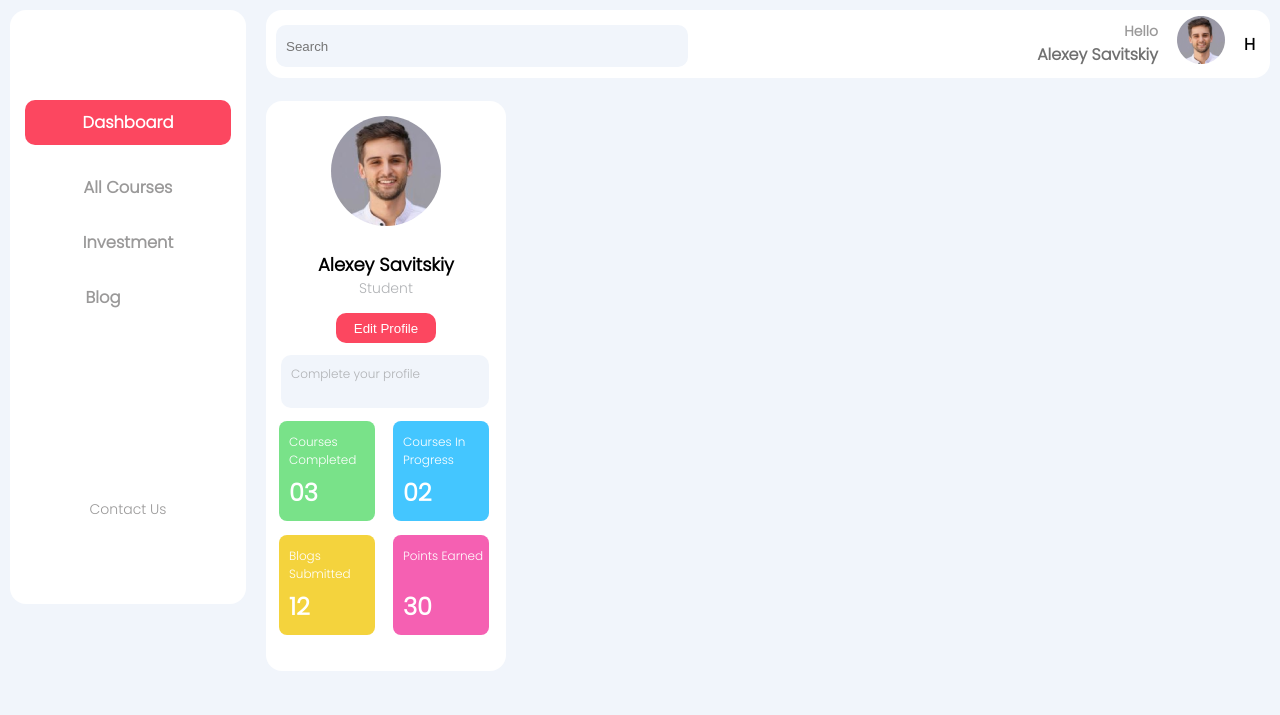
Repository: Anuruddha00/dashboard-design
Page: /
The author's editor kept a copy of each file at every save. The page is drawn from the files as they stood at one save, then again after the next save.
The browser window is 1280 px wide. The pictures show the whole page.
The project was rebuilt for these pictures with package versions that can differ from the ones it lists, and the page was loaded fresh each time.

Above is the page before, as saved 2021-05-07 14:44:47.

### public/index.html
<!DOCTYPE html>
<html lang="en">
  <head>
    <meta charset="utf-8" />
    <link rel="icon" href="%PUBLIC_URL%/favicon.ico" />
    <meta name="viewport" content="width=device-width, initial-scale=1" />
    <meta name="theme-color" content="#000000" />
    <meta
      name="description"
      content="Web site created using create-react-app"
    />
    <link rel="apple-touch-icon" href="%PUBLIC_URL%/logo192.png" />

    <link rel="preconnect" href="https://fonts.gstatic.com">
    <link href="https://fonts.googleapis.com/css2?family=Poppins:wght@300&display=swap" rel="stylesheet">

    <!--
      manifest.json provides metadata used when your web app is installed on a
      user's mobile device or desktop. See https://developers.google.com/web/fundamentals/web-app-manifest/
    -->
    <link rel="manifest" href="%PUBLIC_URL%/manifest.json" />
    <!--
      Notice the use of %PUBLIC_URL% in the tags above.
      It will be replaced with the URL of the `public` folder during the build.
      Only files inside the `public` folder can be referenced from the HTML.

      Unlike "/favicon.ico" or "favicon.ico", "%PUBLIC_URL%/favicon.ico" will
      work correctly both with client-side routing and a non-root public URL.
      Learn how to configure a non-root public URL by running `npm run build`.
    -->
    <title>React App</title>
  </head>
  <body>
    <noscript>You need to enable JavaScript to run this app.</noscript>
    <div id="root"></div>
    <!--
      This HTML file is a template.
      If you open it directly in the browser, you will see an empty page.

      You can add webfonts, meta tags, or analytics to this file.
      The build step will place the bundled scripts into the <body> tag.

      To begin the development, run `npm start` or `yarn start`.
      To create a production bundle, use `npm run build` or `yarn build`.
    -->
  </body>
</html>

### src/index.js
import React from 'react';
import ReactDOM from 'react-dom';
import Dashboard from './containers/Dashboard/Dashboard';
import reportWebVitals from './reportWebVitals';

ReactDOM.render(
  <React.StrictMode>
    <Dashboard />
  </React.StrictMode>,
  document.getElementById('root')
);

// If you want to start measuring performance in your app, pass a function
// to log results (for example: reportWebVitals(console.log))
// or send to an analytics endpoint. Learn more: https://bit.ly/CRA-vitals
reportWebVitals();

### src/containers/Dashboard/Dashboard.js
import React from 'react';
import './Dashboard.scss';

const dashboard = () =>{

    return(
        <div className='container'>
            <div className='dashboard'>
                <div className='dashboardSideBar'>
                   <div className='dashboardSideBarTitle'>
                        <h3 className='dashboardSideBarTitleDashboard'>Dashboard</h3>
                        <h3 className='dashboardSideBarTitleCourses'>All Courses</h3>
                        <h3 className='dashboardSideBarTitleInvestment'>Investment</h3>
                        <h3 className='dashboardSideBarTitleBlog'>Blog</h3>
                   </div>
                   <div className='dashboardSideBarContact'>
                        <p>Contact Us</p>
                   </div>
                </div>
                <div className='dashboardMenu'>
                    <section className='content'>
                        <nav className='contentNavbar'>
                            <div className='contentNavbarSearch'>
                                <form>
                                    <input type='text' placeholder='Search'/>
                                </form>
                            </div>
                            <div className='contentNavbarProfile'>
                                <div className='contentNavbarProfileName'>
                                    <h3>Hello</h3>
                                    <h2>Alexey Savitskiy</h2>
                                </div>
                                <img src='./assets/Image 9.png'/>
                                <h1>H</h1>
                            </div>
                        </nav>
                        <div className='contentBody'>
                            <section className='details'>
                                <div className='detailsAbout'>
                                    <div className='detailsAboutProfile'>
                                        <img src='./assets/Image 12.png'/>
                                        <h3>Alexey Savitskiy</h3>
                                        <p>Student</p>
                                        <button>Edit Profile</button>
                                    </div>
                                    <div className='detailsAboutComplete'>
                                        <p>Complete your profile</p>
                                    </div>
                                    <div className='detailsAboutProgress'>
                                        <div className='detailsAboutProgressCompleted'>
                                            <p>Courses Completed</p>
                                            <h1>03</h1>
                                        </div>
                                        <div className='detailsAboutProgressContinue'>
                                            <p>Courses In Progress</p>
                                            <h1>02</h1>
                                        </div>
                                        <div className='detailsAboutProgressBlogs'>
                                            <p>Blogs Submitted</p>
                                            <h1>12</h1>
                                        </div>
                                        <div className='detailsAboutProgressPoints'>
                                            <p>Points Earned</p>
                                            <h1>30</h1>
                                        </div>
                                    </div>
                                </div>
                            </section>
                        </div>
                   </section>
                </div>
            </div>
        </div>
    )

}
export default dashboard;

### src/containers/Dashboard/Dashboard.scss

body{
    margin: 0;
    padding: 0;
    font-size: 0.875rem;
    font-family: 'Poppins', sans-serif;

}

.container{
    background: #f1f5fb;
    height: 100vh;

    .dashboard{
        display: grid;
        grid-template-columns: 1fr 4fr;
        grid-auto-rows: minmax(100px, auto);

        &SideBar{
            grid-column: 1;
            grid-row: 1 / 5;
            padding-bottom: 70px;
            border-radius: 16px;
            background: #ffffff;
            margin: 10px;

            &Title{
                margin-top: 90px;
                font-size: 14px;

                &Dashboard{
                    background:#fc4760;
                    border-radius: 10px;
                    text-align: center;
                    padding: 10px 10px 10px 10px;
                    margin: 10px 15px 10px 15px;
                    color: #ffffff;

                }
                &Courses{
                    text-align: center;
                    margin-top: 30px;
                    color: #9a9999;
                }
                &Investment{
                    text-align: center;
                    margin-top: 30px;
                    color: #9a9999;
                }
                &Blog{
                    text-align: center;
                    margin-top: 30px;
                    margin-right: 50px;
                    color: #9a9999;
                }
            }
            &Contact{
                margin-top: 80%;

                p{
                    text-align: center;
                    color: #9a9999;
                    font-size: 14px;
                }

            }
        }
        &Menu{
            // border: 1px solid red;
            grid-column: 2;
            grid-row: 1 / 6;
            margin: 10px;

            .content{
                display: grid;
                grid-template-rows:1fr 7fr ;
                gap:10px;

                &Navbar{
                    display: grid;
                    grid-template-columns: 1fr 1fr;
                    background: #ffffff;
                    border-radius: 16px;
                    height: 68px;

                    &Search{

                        input{
                            background: #f1f5fb;
                            border-style: none;
                            padding-left: 10px;
                            width: 400px;
                            height: 40px;
                            margin: 15px 0 0 10px;
                            border-radius: 10px;

                        }
                    }
                    &Profile{
                        display: flex;
                        flex-direction: row;
                        justify-content: flex-end;
                        gap: 1em;
                        margin-right: 15px;
                        align-items: center;
                        height: 68px;

                        &Name{
                            text-align: end;
                            margin-top: 0;

                            h3{
                                color: #9a9999;
                                margin: 0;
                                font-size: 14px;
                            }
                            h2{
                                margin: 0;
                                font-size: 16px;
                                color: #707070;
                            }
                        }
                    }
                }
                &Body{
                    display: grid;
                    grid-template-columns: 2fr 4fr 3fr;
                    margin-top: 0;

                    .details{
                        border-radius: 16px;
                        background: #ffffff;


                        &About{
                            height:555px;
                            width: 240px;

                            &Profile{
                                text-align: center;
                                margin-top: 15px;


                                h3{
                                    font-size: 18px;
                                    margin: 0;
                                }
                                p{
                                    color: #b0b2b5;
                                    margin-top: 0;
                                }
                                button{
                                    border-style: none;
                                    border-radius: 10px;
                                    width: 100px;
                                    height: 30px;
                                    color: #ffffff;
                                    background: #fc4760;

                                }
                            }
                            &Complete{
                                background: #f1f5fb;
                                border-radius: 10px;
                                color: #b0b2b5;
                                height: 53px;
                                width: 208px;
                                font-size: 12px;
                                margin-left: 15px;

                                p{
                                    padding-left: 10px;
                                    padding-top: 10px;
                                }
                            }
                            &Progress{
                                display: grid;
                                grid-template-columns: 1fr 1fr;
                                margin: 13px;
                                gap: 1em;
                                color: #ffffff;

                                p{
                                    font-size: 12px;
                                    padding-left: 10px;
                                }


                                &Completed{
                                    background: #79e289;
                                    border-radius: 8px;
                                    width: 96px;
                                    height: 100px;
                                    position: relative;

                                    h1{
                                        font-size: 24px;
                                        position: absolute;
                                        left: 10px;
                                        top: 30px;
                                    }

                                }
                                &Continue{
                                    background:  #44c6ff;
                                    border-radius: 8px;
                                    width: 96px;
                                    height: 100px;
                                    position: relative;

                                    h1{
                                        font-size: 24px;
                                        position: absolute;
                                        left: 10px;
                                        top: 30px;
                                    }

                                }
                                &Blogs{
                                    background:  #f4d33d;
                                    border-radius: 8px;
                                    width: 96px;
                                    height: 100px;
                                    position: relative;

                                    h1{
                                        font-size: 24px;
                                        position: absolute;
                                        left: 10px;
                                        top: 30px;
                                    }
                                }
                                &Points{
                                    background: #f560b2;
                                    border-radius: 8px;
                                    width: 96px;
                                    height: 100px;
                                    position: relative;

                                    h1{
                                        font-size: 24px;
                                        position: absolute;
                                        left: 10px;
                                        top: 30px;
                                    }

                                }

                            }
                        }
                    }
                }
            }
        }
    }
}

Loaded but not shown: src/reportWebVitals.js (common file)

After the next save:
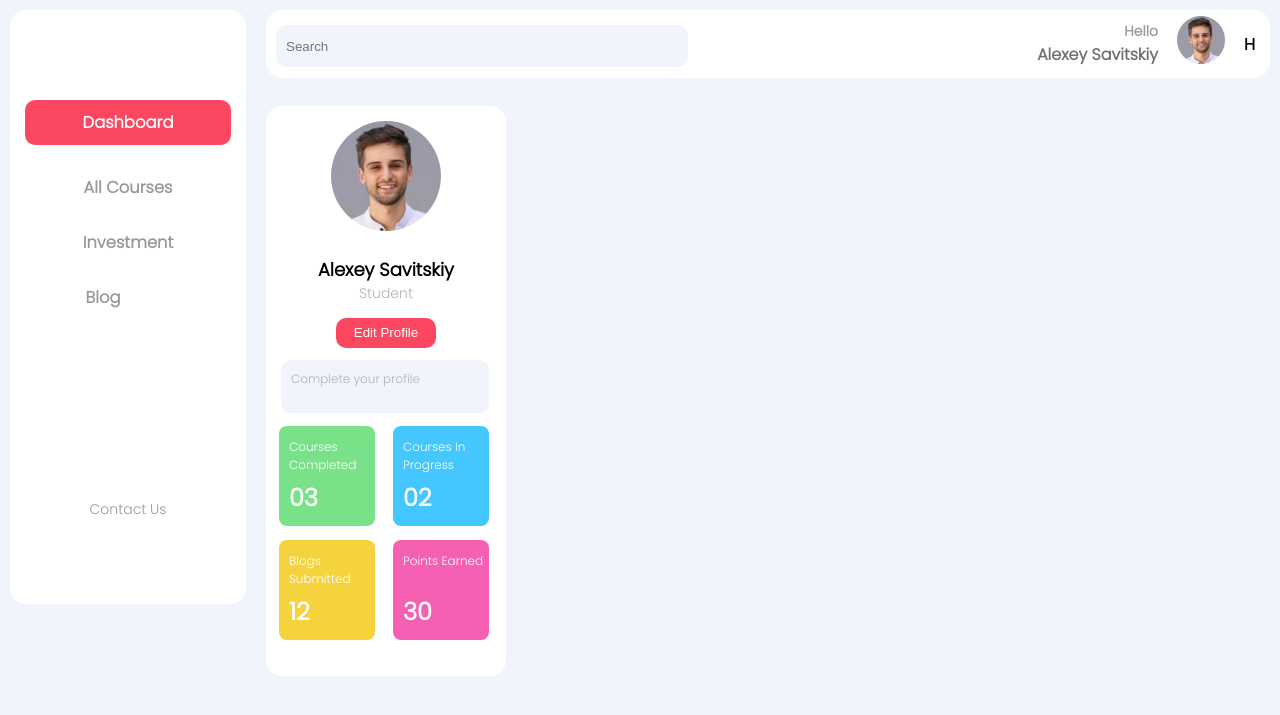
Saved 24 s later.
--- a/src/containers/Dashboard/Dashboard.scss
+++ b/src/containers/Dashboard/Dashboard.scss
@@ -125,7 +125,7 @@ body{
                 &Body{
                     display: grid;
                     grid-template-columns: 2fr 4fr 3fr;
-                    margin-top: 0;
+                    margin-bottom: 30px;
 
                     .details{
                         border-radius: 16px;
